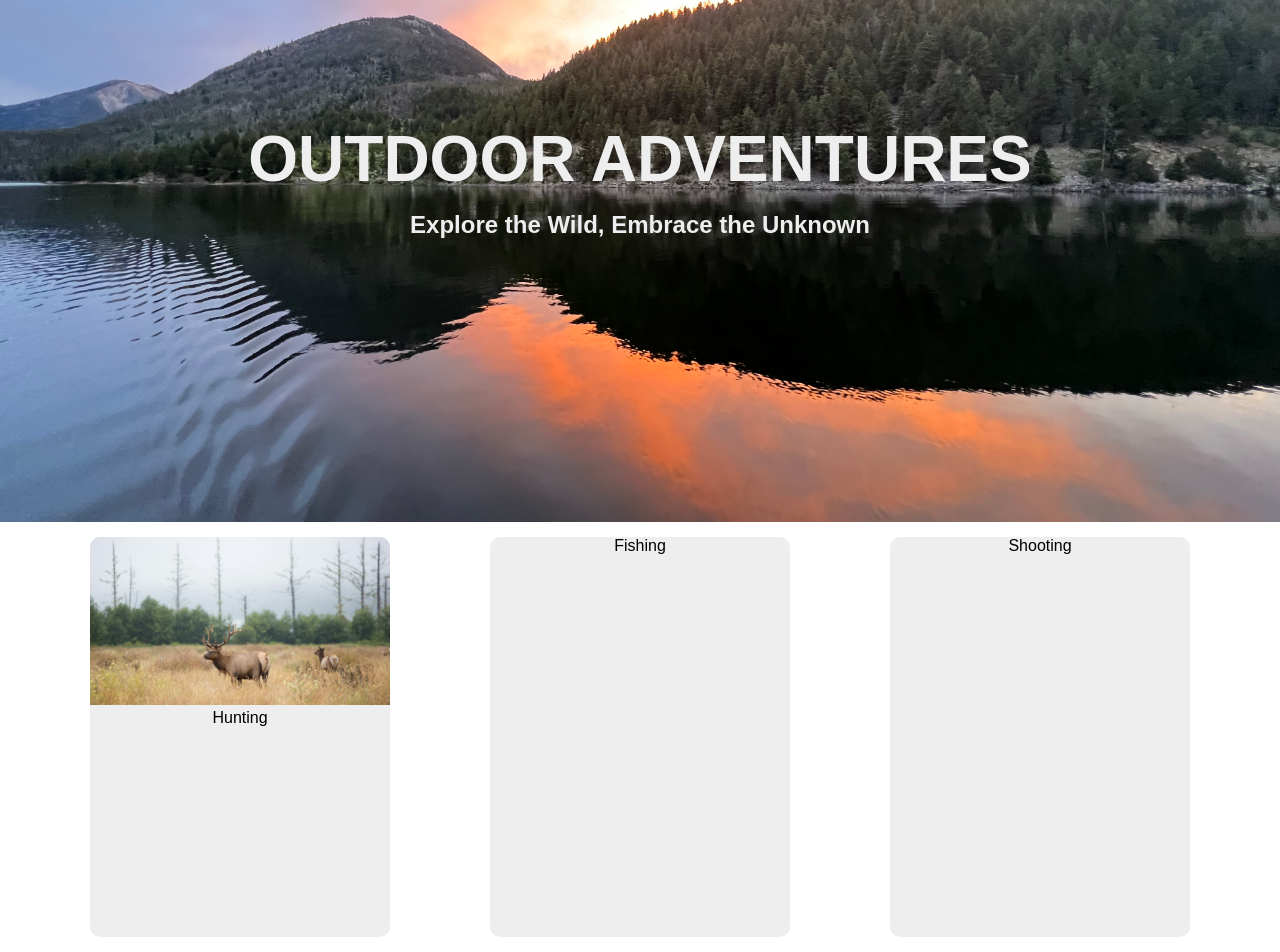
Repository: iforgotmylogin/WebDesignFinal
Page: index.html
The author's editor kept a copy of each file at every save. The page is drawn from the files as they stood at one save, then again after the next save.
The browser window is 1280 px wide. The pictures show the part of the page from y = 290 to 1242 px (the page is 1242 px tall).
A picture or video elsewhere on the page could not be fetched, so the positions and the page height are approximate.

Above is the page before, as saved 2024-04-07 18:14:15.

After the next save:
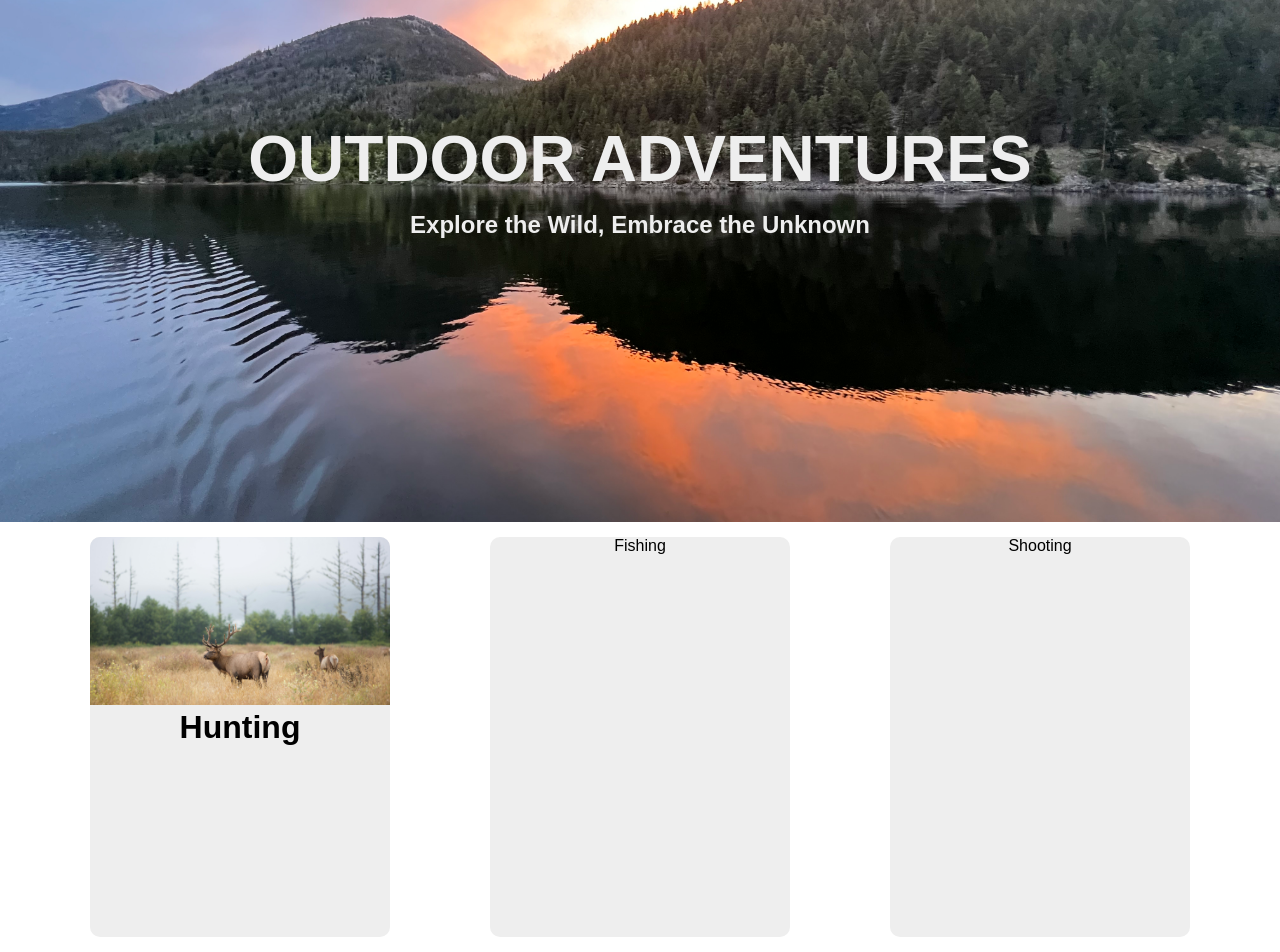
Saved 61 s later.
--- a/index.html
+++ b/index.html
@@ -51,7 +51,7 @@
     <div class="container">
         <div data-aos="fade-up" class="box Hunting">
             <img src="images/HuntingBackdrop.jpg" alt="Image of an Elk">
-            Hunting
+            <h1>Hunting</h1>
         </div>
 
         <div data-aos="fade-up" class="box Fishing">Fishing</div>
